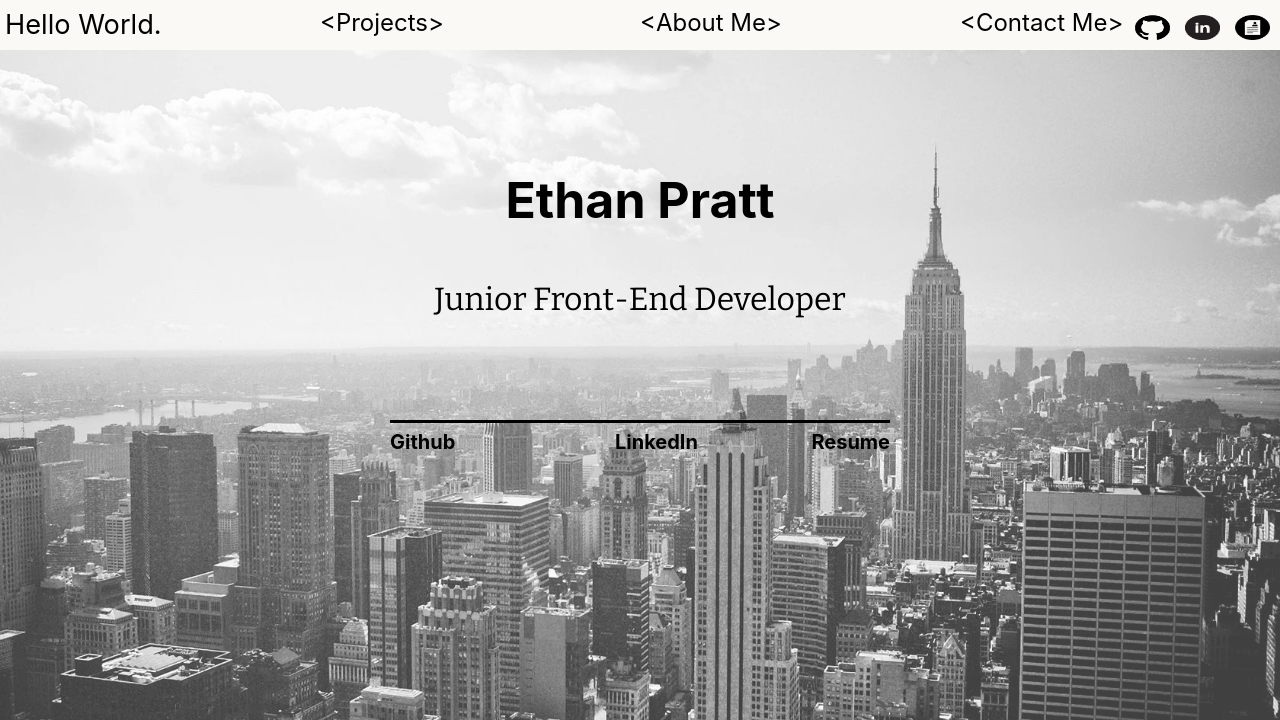
Repository: ghend99/website_ethan_pratt
Page: /
An editor plug-in stored every save of this project. The page is shown before and after the next save, followed by the edit.
The browser window is 1280 px wide. The pictures show the whole page.
The project was rebuilt for these pictures with package versions that can differ from the ones it lists, and the page was loaded fresh each time. Also part of the build but not shown: src/css/about.css, src/pages/about.js, src/pages/project.js, src/css/contact.css, src/pages/contact.js.

Above is the page before, as saved 2023-05-25 17:02:34.

### public/index.html
<!DOCTYPE html>
<html lang="en">
  <head>
    <meta charset="utf-8" />
    <link rel="icon" href="%PUBLIC_URL%/favicon.ico" />
    <meta name="viewport" content="width=device-width, initial-scale=1" />
    <meta name="theme-color" content="#000000" />
    <meta
      name="description"
      content="Web site created using create-react-app"
    />
    <link rel="apple-touch-icon" href="%PUBLIC_URL%/logo192.png" />
    <!--
      manifest.json provides metadata used when your web app is installed on a
      user's mobile device or desktop. See https://developers.google.com/web/fundamentals/web-app-manifest/
    -->
    <link rel="manifest" href="%PUBLIC_URL%/manifest.json" />
    <!--
      Notice the use of %PUBLIC_URL% in the tags above.
      It will be replaced with the URL of the `public` folder during the build.
      Only files inside the `public` folder can be referenced from the HTML.

      Unlike "/favicon.ico" or "favicon.ico", "%PUBLIC_URL%/favicon.ico" will
      work correctly both with client-side routing and a non-root public URL.
      Learn how to configure a non-root public URL by running `npm run build`.
    -->
    <title>Ethan Pratt | Junior Front-End Developer</title>
  </head>
  <body>
    <noscript>You need to enable JavaScript to run this app.</noscript>
    <div id="root"></div>
    <!--
      This HTML file is a template.
      If you open it directly in the browser, you will see an empty page.

      You can add webfonts, meta tags, or analytics to this file.
      The build step will place the bundled scripts into the <body> tag.

      To begin the development, run `npm start` or `yarn start`.
      To create a production bundle, use `npm run build` or `yarn build`.
    -->
  </body>
</html>

### src/App.js
import { BrowserRouter as Router, Routes, Route } from "react-router-dom";
import { Home } from "./pages/home";
import { About } from "./pages/about.js";
import { Project } from "./pages/project.js";
import { Contact } from "./pages/contact.js";

function App() {
  return (
    <div className="App">
      <Router>
        <Routes>
          <Route path="/" element={<Home />} />
          <Route path="/projects" element={<Project />} />
          <Route path="/about" element={<About />} />
          <Route path="/contact" element={<Contact />} />
        </Routes>
      </Router>
    </div>
  );
}

export default App;

### src/pages/home.js
import { Header } from "../components/header.js";

import "../css/home.css";

export const Home = () => {
  return (
    <div>
      <div className="bg">
        <Header />
        <div id="center-container">
          <p className="home-name">Ethan Pratt</p>
          <p className="home-job-title">Junior Front-End Developer</p>

          <div id="home-socials-container">
            <a
              id="home-socials"
              className="home-github"
              href="https://github.com/ghend99"
              target={"_blank"}
            >
              <p>Github</p>
            </a>

            <a
              id="home-socials"
              className="home-linkedin"
              href="https://www.linkedin.com/in/ethan-pratt-014904217/"
              target={"_blank"}
            >
              <p>LinkedIn</p>
            </a>
            <a
              id="home-socials"
              className="home-resume"
              href="https://acrobat.adobe.com/link/review?uri=urn:aaid:scds:US:d93e7d11-55fc-32a3-ba0c-10f2114d1d69"
              target="{_blank}"
            >
              <p>Resume</p>
            </a>
          </div>
        </div>
      </div>
    </div>
  );
};

### src/components/header.js
import React, { useState } from "react";
import { Link } from "react-router-dom";
import "../css/header.css";
import github from "../images/github.png";
import linkedin from "../images/linkedin.png";
import resume from "../images/resume.png";
import menu from "../images/menu.png";

export const Header = () => {
  return (
    <div className="header-container">
      <div>
        <Link className="header-title" to="/">
          Hello World.
        </Link>
      </div>
      <div>
        <Link id="header-nav" className="header-projects" to="/projects">
          &lt;Projects&gt;
        </Link>
      </div>
      <div>
        <Link id="header-nav" className="header-about" to="/about">
          &lt;About Me&gt;
        </Link>
      </div>
      <div>
        <Link id="header-nav" className="header-contact" to="/contact">
          &lt;Contact Me&gt;
        </Link>
      </div>

      <a href="https://github.com/ghend99" target={"_blank"}>
        <img id="header-socials" className="header-github" src={github} />
      </a>
      <a href="https://www.linkedin.com/in/ethanapratt/" target={"_blank"}>
        <img id="header-socials" className="header-linkedin" src={linkedin} />
      </a>
      <a
        href="https://acrobat.adobe.com/link/review?uri=urn:aaid:scds:US:d93e7d11-55fc-32a3-ba0c-10f2114d1d69"
        target={"_blank"}
      >
        <img id="header-socials" className="header-resume" src={resume} />
      </a>

      <div className="header-socials-list">
        <a href="https://github.com/ghend99" target={"_blank"}>
          <p className="header-socials-text">Github</p>
        </a>
        <a href="https://www.linkedin.com/in/ethanapratt/" target={"_blank"}>
          <p className="header-socials-text">LinkedIn</p>
        </a>
        <a
          href="https://acrobat.adobe.com/link/review?uri=urn:aaid:scds:US:d93e7d11-55fc-32a3-ba0c-10f2114d1d69"
          target={"_blank"}
        >
          <p className="header-socials-text">Resume</p>
        </a>
      </div>
    </div>
  );
};

### src/css/home.css
@import url("https://fonts.googleapis.com/css2?family=Bitter&display=swap");

#center-container {
  position: relative;
  max-width: 25%;
  min-width: 500px;
  height: 20%;
  border-bottom: solid;
  /* background-color: aqua; */
  margin-left: auto;
  margin-right: auto;
  top: 10%;
  text-align: center;
  padding: 70px 0;
}

.home-name {
  top: 0;
  font-size: 50px;
  font-weight: bold;
}

.home-job-title {
  font-size: 32px;
  font-family: "Bitter";
}

.home-resume,
.home-github,
.home-linkedin {
  position: absolute;
  bottom: -50px;
  text-decoration: none;
  color: black;
  font-size: 20px;
  font-weight: bold;
  height: 50px;
  padding-bottom: 10px;
}

.home-resume:hover,
.home-github:hover,
.home-linkedin:hover {
  border-bottom: solid;
}

.home-github {
  left: 0;
}

.home-linkedin {
  left: 45%;
}

.home-resume {
  right: 0;
}

@media screen and (min-width: 0) and (max-width: 708px) {
  #center-container {
    min-width: 300px;
  }

  .home-linkedin {
    left: 110px;
  }
}

@media screen and (min-width: 0) and (max-width: 322px) {
  #center-container {
    min-width: 300px;
  }
}

### src/css/header.css
@import url("https://fonts.googleapis.com/css2?family=Bitter&display=swap");

.header-socials-text {
  color: black;
  text-decoration: none;
  border-bottom: none;
}

.header-container {
  position: relative;
  display: grid;
  grid-template-columns: 1fr 1fr 1fr 1fr;
  grid-template-rows: 1fr;
  flex-direction: row;
  max-width: 100%;
  min-width: 390px;
  max-height: 200px;
  min-height: 50px;
  background-color: #faf9f6;
  /* padding-top: 20px; */
}

.header-title {
  position: absolute;
  left: 5px;
  margin: 0;
  margin-right: clamp(20px, 50px, 30px);
  font-size: clamp(1rem, 4vw, 1.7rem);
  top: 8px;
  text-decoration: none;
  color: black;
}

#header-nav {
  position: absolute;
  display: flex;
  font-size: clamp(1rem, 4vw, 1.5rem);
  margin: 0;
  /* margin-right: clamp(20px, 50px, 30px); */
  top: 8px;
}

.header-projects {
  /* left: clamp(30%, 46.5%, 60%); */
  text-decoration: none;
  color: black;
}

.header-about {
  margin: 0;
  /* margin-left: 50px;
  margin-right: 100px;
  left: clamp(5px, 24%, 55%); */
  text-decoration: none;
  color: black;
}

.header-contact {
  /* left: clamp(20%, 65%, 70%); */
  text-decoration: none;
  color: black;
}

#header-socials {
  max-width: 11%;
  min-width: 35px;
  max-height: 50%;
  min-height: 10px;
  top: 15px;
  cursor: pointer;
}

#header-nav:hover {
  border-bottom: solid;
}

.header-github {
  position: absolute;
  right: clamp(10px, 12%, 110px);
}

.header-linkedin {
  position: absolute;
  right: clamp(5px, 10%, 60px);
}

.header-resume {
  position: absolute;
  right: clamp(10px, 10%, 10px);
}

.bg {
  position: relative;
  max-width: 100%;
  min-width: 350px;
  /* max-height: 700px; */
  min-height: 1300px;
  background-size: cover;
  background-repeat: no-repeat;
  background-position: center center;
}

.bg::before {
  content: "";
  background-image: url(../images/background-image.jpg);
  background-size: cover;
  position: absolute;
  top: 0px;
  right: 0px;
  bottom: 0px;
  left: 0px;
  opacity: 0.75;
}

.header-socials-list {
  position: absolute;
  right: 10px;
  top: 50px;
  font-size: 12px;
  font-weight: bold;
  font-family: "Bitter";
  color: black;
  opacity: 0;
  transition: all 0.2s;
}

@media screen and (min-width: 0) and (max-width: 1442px) {
  .bg {
    min-height: 720px;
  }
}

@media screen and (min-width: 0) and (max-width: 1028px) {
  #header-socials {
    display: none;
  }

  .header-socials-list {
    display: none;
  }
}

@media screen and (min-width: 0) and (max-width: 612px) {
  #header-nav {
    top: 13px;
    font-size: 22px;
  }

  .header-socials-menu {
    top: 15px;
    right: 10px;
    width: 20px;
    height: 20px;
  }
}

@media screen and (min-width: 0) and (max-width: 554px) {
  #header-nav {
    font-size: 20px;
  }

  .header-title {
    top: 15px;
    font-size: 16px;
  }
}

@media screen and (min-width: 0) and (max-width: 427px) {
  .header-container {
    min-width: 150px;
  }

  #header-nav {
    font-size: 16px;
    top: 16px;
  }

  .bg {
    min-width: 200px;
  }
}

@media screen and (min-width: 0) and (max-width: 380px) {
  #header-nav {
    font-size: 14px;
    column-gap: 50px;
  }
}

@media screen and (min-width: 0) and (max-width: 322px) {
  .header-title {
    font-size: 14px;
    margin-right: 60px;
  }

  #header-nav {
    min-width: 100px;
    font-size: 12px;
  }

  .header-about {
    left: 85px;
  }

  .header-projects {
    left: 160px;
  }

  .header-contact {
    position: absolute;
    left: 220px;
  }

  .bg {
    min-height: 709px;
  }
}

### src/css/project.css
@import url("https://fonts.googleapis.com/css2?family=Bitter&display=swap");

#projects-container {
  position: absolute;
  display: grid;
  grid-template-columns: 1fr 1fr 1fr 1fr;
  grid-template-rows: 3fr;
  max-width: 80%;
  min-width: 70%;
  max-height: 400vh;
  min-height: 150px;
  /* background-color: blue; */
  /* opacity: 0.7; */
  left: 10%;
  top: 10%;
}

#single-project {
  position: relative;
  max-width: 100%;
  max-height: 600px;
  min-height: 100%;
  border: solid;
  text-align: center;
  background-color: #faf9f6;
}

.project-name {
  font-family: "Bitter";
  font-size: clamp(18px, 24px, 30px);
}

#project-image {
  position: relative;
  max-width: 80%;
  max-height: 75%;
  min-height: 20%;
  top: -10px;
  margin-left: auto;
  margin-right: auto;
}

.image {
  width: 70%;
}

#project-stacks-used {
  margin: 0;
  top: 300px;
}

.project-footer {
  position: absolute;
  display: grid;
  grid-template-columns: 1fr 1fr 1fr;
  text-align: center;
  width: 100%;
  height: 6%;
  bottom: 10px;
}

.source-link,
.source-demo,
.project-info {
  position: absolute;
  text-decoration: none;
  color: black;
  font-size: clamp(0.8rem, 0.5vw, 0.8rem);
  font-weight: bold;
  height: 20px;
  cursor: pointer;
}

.source-link {
  left: 5px;
}

.source-demo {
  right: 5px;
}

#project-information {
  font-size: 14px;
}

.source-link:hover,
.source-demo:hover,
.project-info:hover {
  border-bottom: solid;
}

@media screen and (min-width: 0) and (max-width: 1028px) {
  /* #project-container {
    grid-template-columns: 1fr 1fr 1fr;
  } */

  /* #single-project {
    height: 50%;
  } */

  .project-footer {
    grid-template-rows: 0.5fr;
    bottom: 0;
  }

  .source-link,
  .source-demo,
  .project-info {
    font-size: 10px;
    font-weight: bold;
  }

  .source-link {
    margin: 0;
  }

  .source-demo {
    margin: 0;
    right: 7px;
  }

  .project-info {
    margin: 0;
    top: -4px;
  }
}

@media screen and (min-width: 0) and (max-width: 708px) {
  #projects-container {
    grid-template-columns: 1fr 1fr;
    grid-template-rows: 1fr 1fr;
  }

  .project-footer {
    bottom: 0;
  }

  .source-link,
  .source-demo,
  .project-info {
    font-size: 8px;
  }

  #single-project {
    min-height: 410px;
  }

  #project-information {
    font-size: 12px;
  }
}

Loaded but not shown: src/index.js (common file); src/index.css (common file)

After the next save:
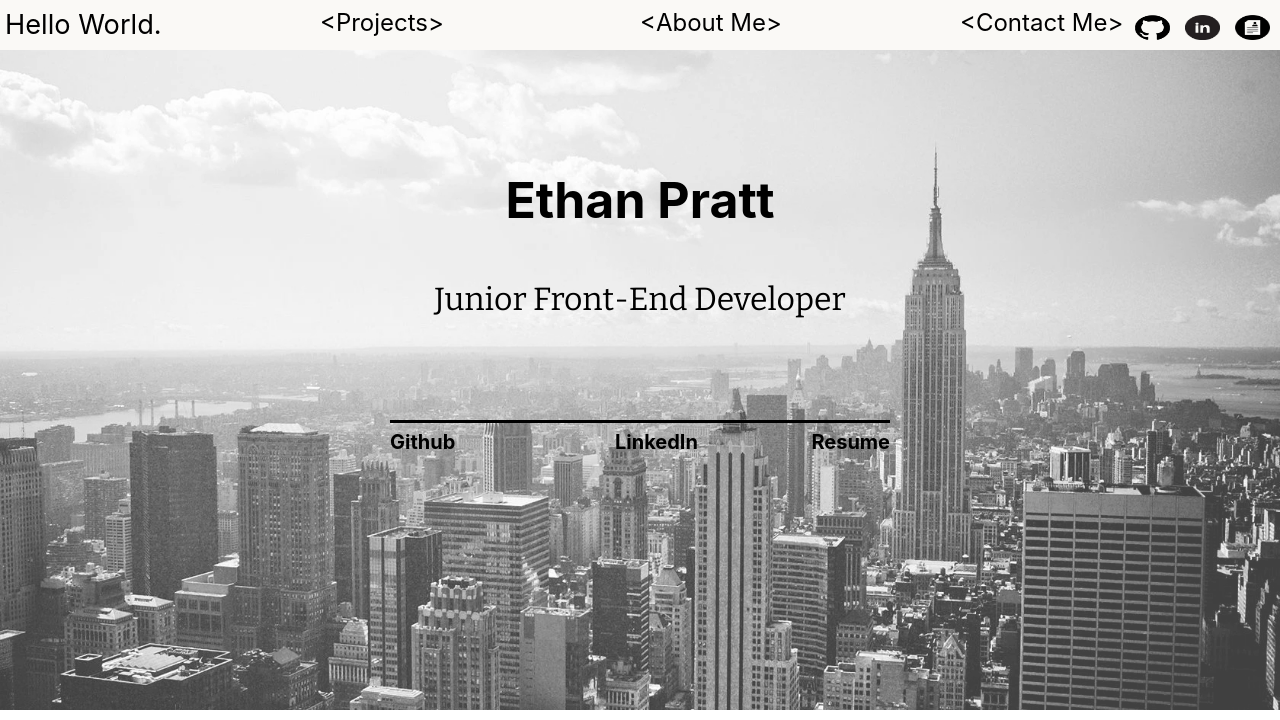
Saved 5 s later.
--- a/src/css/header.css
+++ b/src/css/header.css
@@ -126,7 +126,7 @@
 
 @media screen and (min-width: 0) and (max-width: 1442px) {
   .bg {
-    min-height: 720px;
+    min-height: 710px;
   }
 }
 
